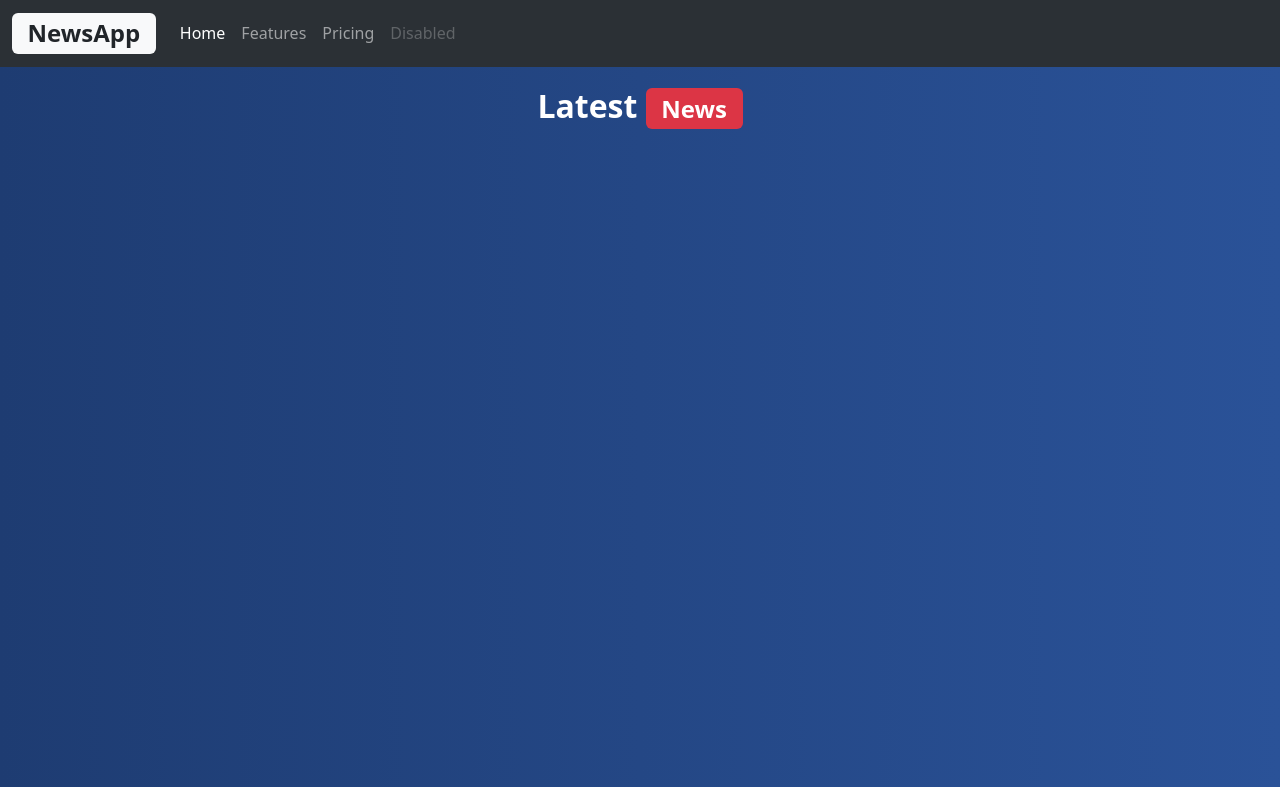
Repository: Abhishek-Thakur14/NewsXpress
Page: /
An editor plug-in stored every save of this project. The page is shown before and after the next save, followed by the edit.
The browser window is 1280 px wide. The pictures show the whole page.
The page's requests for data from a server got no answer. The project was rebuilt for these pictures with package versions that can differ from the ones it lists, and the page was loaded fresh each time. No one was signed in, and anything a server would have sent is missing. Also part of the build but not shown: vite.config.js, src/Components/NewsItem.jsx.

Above is the page before, as saved 2025-02-08 16:21:57.

After the next save:
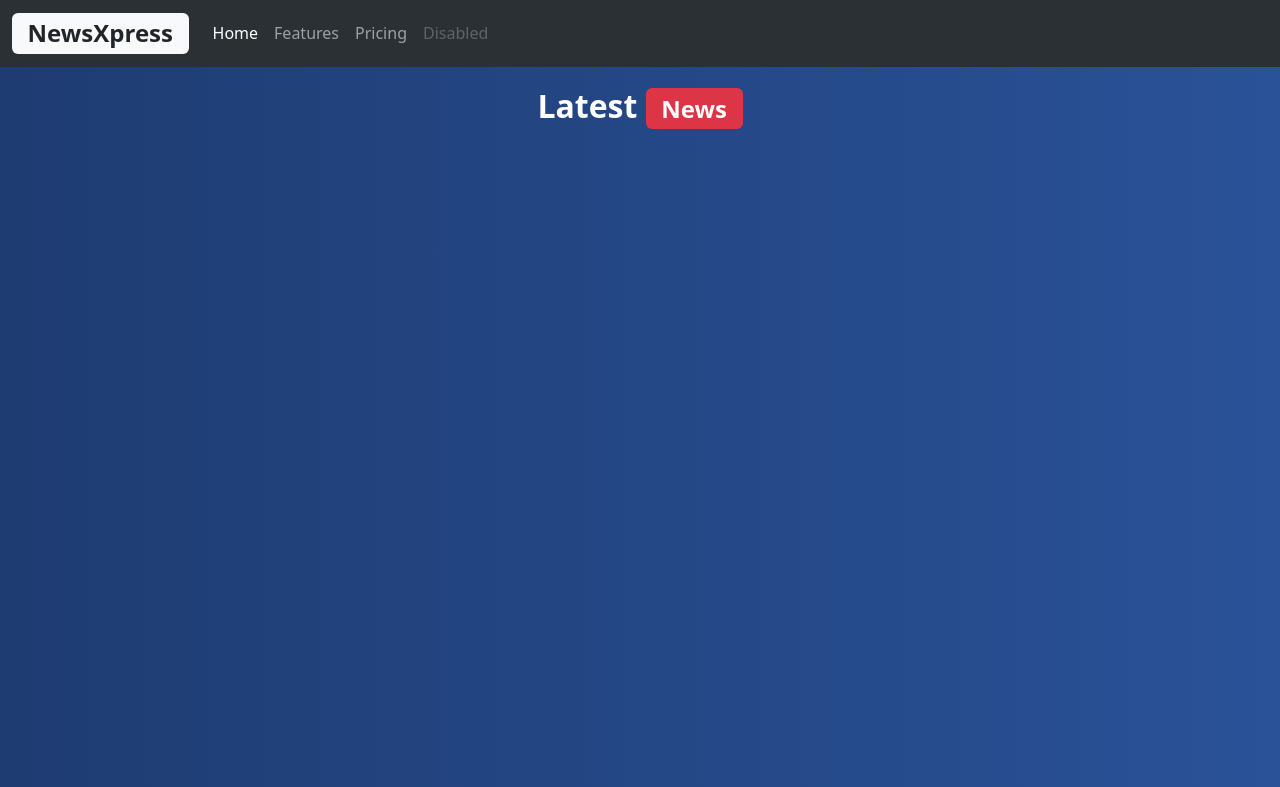
Saved 7 min 1 s later.
--- a/src/Components/Navbar.jsx
+++ b/src/Components/Navbar.jsx
@@ -3,7 +3,7 @@ const Navbar = () => {
   return (
     <nav className="navbar navbar-expand-lg bg-body-tertiary"data-bs-theme="dark">
   <div className="container-fluid">
-    <a className="navbar-brand" href="#"><span className="badge bg-light text-dark fs-4">NewsApp</span></a>
+    <a className="navbar-brand" href="#"><span className="badge bg-light text-dark fs-4">NewsXpress</span></a>
     <button className="navbar-toggler" type="button" data-bs-toggle="collapse" data-bs-target="#navbarNav" aria-controls="navbarNav" aria-expanded="false" aria-label="Toggle navigation">
       <span className="navbar-toggler-icon"></span>
     </button>
